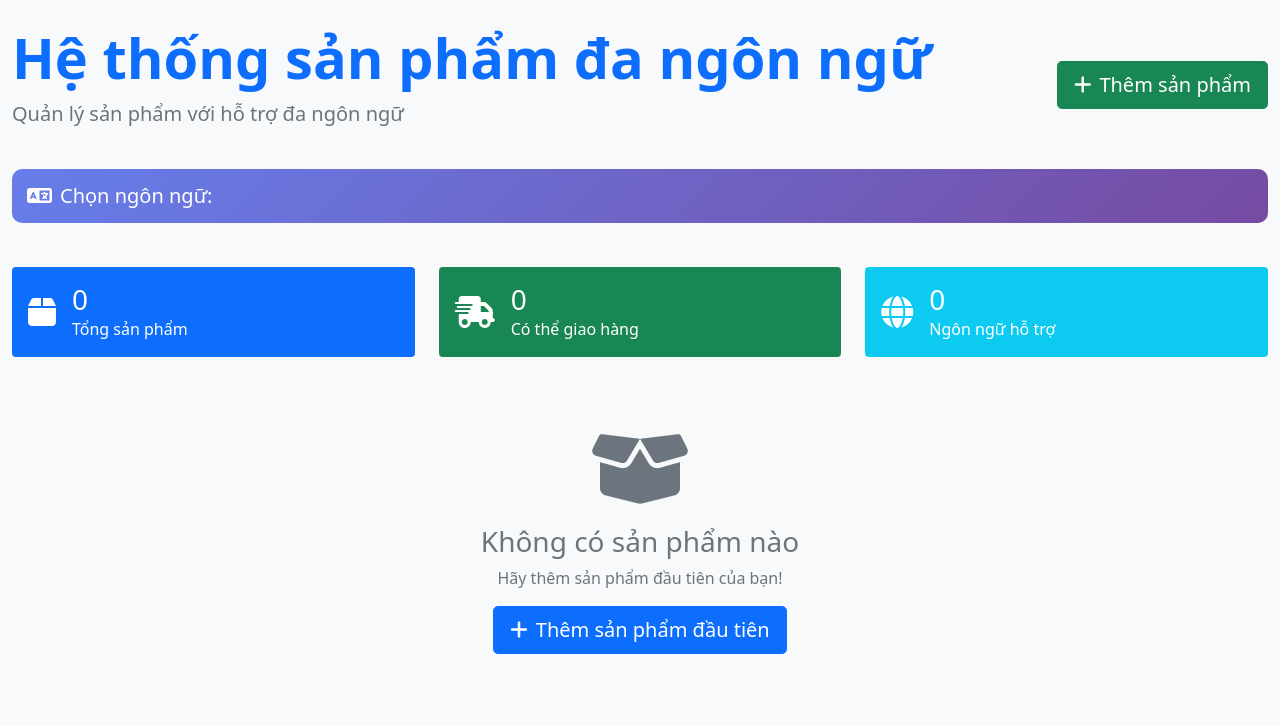
Repository: MaryPhuong11/JSP-Servlet
Page: http://localhost/JSP-Servlet/products
The author's editor kept a copy of each file at every save. The page is drawn from the files as they stood at one save, then again after the next save.
The browser window is 1280 px wide. The pictures show the whole page.
The page is served by Tomcat 9. Other server files are loaded and not shown. Queries for data that is not in the repository find no rows.

Above is the page before, as saved 2025-10-14 11:00:36.

### JSP-Servlet/src/main/webapp/WEB-INF/jsp/product-list.jsp
<%@ page contentType="text/html;charset=UTF-8" language="java" %>
<%@ taglib prefix="c" uri="http://java.sun.com/jsp/jstl/core" %>
<%@ taglib prefix="fmt" uri="http://java.sun.com/jsp/jstl/fmt" %>
<fmt:setLocale value="${sessionScope.appLocale}" />
<fmt:setBundle basename="i18n.messages" />
<!DOCTYPE html>
<html lang="vi">
<head>
    <meta charset="UTF-8">
    <meta name="viewport" content="width=device-width, initial-scale=1.0">
    <title>Danh sách sản phẩm - Multi-language Product System</title>
    <link href="https://cdn.jsdelivr.net/npm/bootstrap@5.1.3/dist/css/bootstrap.min.css" rel="stylesheet">
    <link href="https://cdnjs.cloudflare.com/ajax/libs/font-awesome/6.0.0/css/all.min.css" rel="stylesheet">
    <style>
        .language-selector {
            background: linear-gradient(135deg, #667eea 0%, #764ba2 100%);
            border-radius: 10px;
            padding: 15px;
            margin-bottom: 20px;
        }
        .card-product {
            transition: transform 0.3s ease;
            border-radius: 15px;
            box-shadow: 0 4px 6px rgba(0,0,0,0.1);
        }
        .card-product:hover {
            transform: translateY(-5px);
            box-shadow: 0 8px 25px rgba(0,0,0,0.15);
        }
        .price-tag {
            background: linear-gradient(45deg, #ff6b6b, #ee5a24);
            color: white;
            padding: 8px 15px;
            border-radius: 25px;
            font-weight: bold;
        }
        .category-badge {
            background: linear-gradient(45deg, #4834d4, #686de0);
            color: white;
            padding: 5px 12px;
            border-radius: 15px;
            font-size: 0.85em;
        }
        .shipping-status {
            padding: 3px 8px;
            border-radius: 10px;
            font-size: 0.8em;
        }
        .can-ship {
            background-color: #d4edda;
            color: #155724;
        }
        .no-ship {
            background-color: #f8d7da;
            color: #721c24;
        }
    </style>
</head>
<body class="bg-light">
    <div class="container-fluid py-4">
        <!-- Header -->
        <div class="row mb-4">
            <div class="col-12">
                <div class="d-flex justify-content-between align-items-center">
                    <div>
                        <h1 class="display-4 fw-bold text-primary">
                        <ahref="/JSP-Servlet/products></a>
                            <i></i><fmt:message key="product.list.title"/>
                        </h1>
                        <p class="lead text-muted"><fmt:message key="product.list.subtitle"/></p>
                    </div>
                    <div>
                        <a href="products?action=add" class="btn btn-success btn-lg">
                            <i class="fas fa-plus me-2"></i><fmt:message key="product.add"/>
                        </a>
                    </div>
                </div>
            </div>
        </div>

        <!-- Language Selector -->
        <div class="row mb-4">
            <div class="col-12">
                <div class="language-selector">
                    <div class="d-flex align-items-center">
                        <h5 class="text-white mb-0 me-3">
                            <i class="fas fa-language me-2"></i><fmt:message key="language.select"/>
                        </h5>
                        <div class="btn-group" role="group">
                            <c:forEach var="lang" items="${languages}">
                                <a href="products?lang=${lang.languageId}"
                                   class="btn ${currentLang == lang.languageId ? 'btn-light' : 'btn-outline-light'} btn-sm">
                                    ${lang.language}
                                </a>
                            </c:forEach>
                        </div>
                    </div>
                </div>
            </div>
        </div>

        <!-- Statistics -->
        <div class="row mb-4">
            <div class="col-md-4">
                <div class="card border-0 bg-primary text-white">
                    <div class="card-body">
                        <div class="d-flex align-items-center">
                            <i class="fas fa-box fa-2x me-3"></i>
                            <div>
                                <h3 class="mb-0">${products.size()}</h3>
                                <p class="mb-0"><fmt:message key="stats.totalProducts"/></p>
                            </div>
                        </div>
                    </div>
                </div>
            </div>
            <div class="col-md-4">
                <div class="card border-0 bg-success text-white">
                    <div class="card-body">
                        <div class="d-flex align-items-center">
                            <i class="fas fa-shipping-fast fa-2x me-3"></i>
                            <div>
                                <h3 class="mb-0">
                                    <c:set var="shippableCount" value="0"/>
                                    <c:forEach var="product" items="${products}">
                                        <c:if test="${product.productCategory.canBeShipped}">
                                            <c:set var="shippableCount" value="${shippableCount + 1}"/>
                                        </c:if>
                                    </c:forEach>
                                    ${shippableCount}
                                </h3>
                                <p class="mb-0"><fmt:message key="stats.shippable"/></p>
                            </div>
                        </div>
                    </div>
                </div>
            </div>
            <div class="col-md-4">
                <div class="card border-0 bg-info text-white">
                    <div class="card-body">
                        <div class="d-flex align-items-center">
                            <i class="fas fa-globe fa-2x me-3"></i>
                            <div>
                                <h3 class="mb-0">${languages.size()}</h3>
                                <p class="mb-0"><fmt:message key="stats.supportedLanguages"/></p>
                            </div>
                        </div>
                    </div>
                </div>
            </div>
        </div>

        <!-- Products Grid -->
        <div class="row">
            <c:forEach var="product" items="${products}">
                <div class="col-lg-4 col-md-6 mb-4">
                    <div class="card card-product h-100 border-0">
                        <div class="card-header bg-transparent border-0 d-flex justify-content-between align-items-center">
                            <span class="category-badge">
                                <i class="fas fa-tag me-1"></i>
                                ${product.productCategory.categoryName}
                            </span>
                            <span class="shipping-status ${product.productCategory.canBeShipped ? 'can-ship' : 'no-ship'}">
                                <i class="fas fa-${product.productCategory.canBeShipped ? 'truck' : 'times'} me-1"></i>
                                ${product.productCategory.canBeShipped ? 'Có thể giao' : 'Không giao'}
                            </span>
                        </div>

                        <div class="card-body">
                            <h5 class="card-title fw-bold text-dark">
                                <i class="fas fa-cube me-2 text-primary"></i>
                                ${product.productName}
                            </h5>

                            <p class="card-text text-muted mb-3">
                                ${product.productDescription}
                            </p>

                            <div class="row text-center mb-3">
                                <div class="col-6">
                                    <div class="border-end">
                                        <h6 class="text-muted mb-1"><fmt:message key="product.id"/></h6>
                                        <span class="fw-bold">#${product.productId}</span>
                                    </div>
                                </div>
                                <div class="col-6">
                                        <h6 class="text-muted mb-1"><fmt:message key="weight"/></h6>
                                    <span class="fw-bold">
                                        <c:choose>
                                            <c:when test="${product.weight != null}">
                                                <fmt:formatNumber value="${product.weight}" pattern="#,##0.##"/> kg
                                            </c:when>
                                            <c:otherwise>N/A</c:otherwise>
                                        </c:choose>
                                    </span>
                                </div>
                            </div>

                            <div class="text-center mb-3">
                                <span class="price-tag">
                                    <i class="fas fa-dollar-sign me-1"></i>
                                    <fmt:formatNumber value="${product.price}" pattern="#,##0.00"/> <fmt:message key="price.label"/>
                                </span>
                            </div>
                        </div>

                        <div class="card-footer bg-transparent border-0">
                            <div class="d-grid gap-2 d-md-block text-center">
                                <a href="products?action=detail&id=${product.productId}&lang=${currentLang}"
                                   class="btn btn-primary btn-sm">
                                    <i class="fas fa-eye me-1"></i><fmt:message key="product.detail"/>
                                </a>
                                <a href="products?action=edit&id=${product.productId}"
                                   class="btn btn-warning btn-sm">
                                    <i class="fas fa-edit me-1"></i><fmt:message key="edit"/>
                                </a>
                                <button onclick="deleteProduct(${product.productId})"
                                        class="btn btn-danger btn-sm">
                                    <i class="fas fa-trash me-1"></i><fmt:message key="delete"/>
                                </button>
                            </div>
                        </div>
                    </div>
                </div>
            </c:forEach>
        </div>

        <c:if test="${empty products}">
            <div class="row">
                <div class="col-12 text-center py-5">
                    <i class="fas fa-box-open fa-5x text-muted mb-3"></i>
                    <h3 class="text-muted"><fmt:message key="noProducts.title"/></h3>
                    <p class="text-muted"><fmt:message key="noProducts.subtitle"/></p>
                    <a href="products?action=add" class="btn btn-primary btn-lg">
                        <i class="fas fa-plus me-2"></i><fmt:message key="addFirstProduct"/>
                    </a>
                </div>
            </div>
        </c:if>
    </div>

    <!-- Bootstrap JS -->
    <script src="https://cdn.jsdelivr.net/npm/bootstrap@5.1.3/dist/js/bootstrap.bundle.min.js"></script>

    <script>
        function deleteProduct(productId) {
            if (confirm('Bạn có chắc chắn muốn xóa sản phẩm này?')) {
                var form = document.createElement('form');
                form.method = 'POST';
                form.action = 'products';

                var actionInput = document.createElement('input');
                actionInput.type = 'hidden';
                actionInput.name = 'action';
                actionInput.value = 'delete';

                var idInput = document.createElement('input');
                idInput.type = 'hidden';
                idInput.name = 'id';
                idInput.value = productId;

                form.appendChild(actionInput);
                form.appendChild(idInput);
                document.body.appendChild(form);
                form.submit();
            }
        }
    </script>
</body>
</html>

### JSP-Servlet/src/main/java/com/multilang/util/DatabaseConnection.java
package com.multilang.util;

import java.sql.Connection;
import java.sql.DriverManager;
import java.sql.SQLException;

public class DatabaseConnection {
    private static final String URL = "jdbc:mysql://localhost:3306/multilang_product_db?useSSL=false&allowPublicKeyRetrieval=true&serverTimezone=UTC&useUnicode=true&characterEncoding=UTF-8&connectionCollation=utf8mb4_unicode_ci";
    private static final String USERNAME = "root";
    private static final String PASSWORD = "admin";
    private static final String DRIVER = "com.mysql.cj.jdbc.Driver";

    static {
        try {
            Class.forName(DRIVER);
        } catch (ClassNotFoundException e) {
            throw new RuntimeException("Failed to load MySQL JDBC driver", e);
        }
    }

    public static Connection getConnection() throws SQLException {
        return DriverManager.getConnection(URL, USERNAME, PASSWORD);
    }

    public static void closeConnection(Connection connection) {
        if (connection != null) {
            try {
                connection.close();
            } catch (SQLException e) {
                e.printStackTrace();
            }
        }
    }

    // Test connection method
    public static boolean testConnection() {
        try (Connection connection = getConnection()) {
            return connection != null && !connection.isClosed();
        } catch (SQLException e) {
            System.err.println("Database connection failed: " + e.getMessage());
            return false;
        }
    }
}

Loaded but not shown: JSP-Servlet/src/main/java/com/multilang/servlet/ProductServlet.java (362 lines, source omitted)

After the next save:
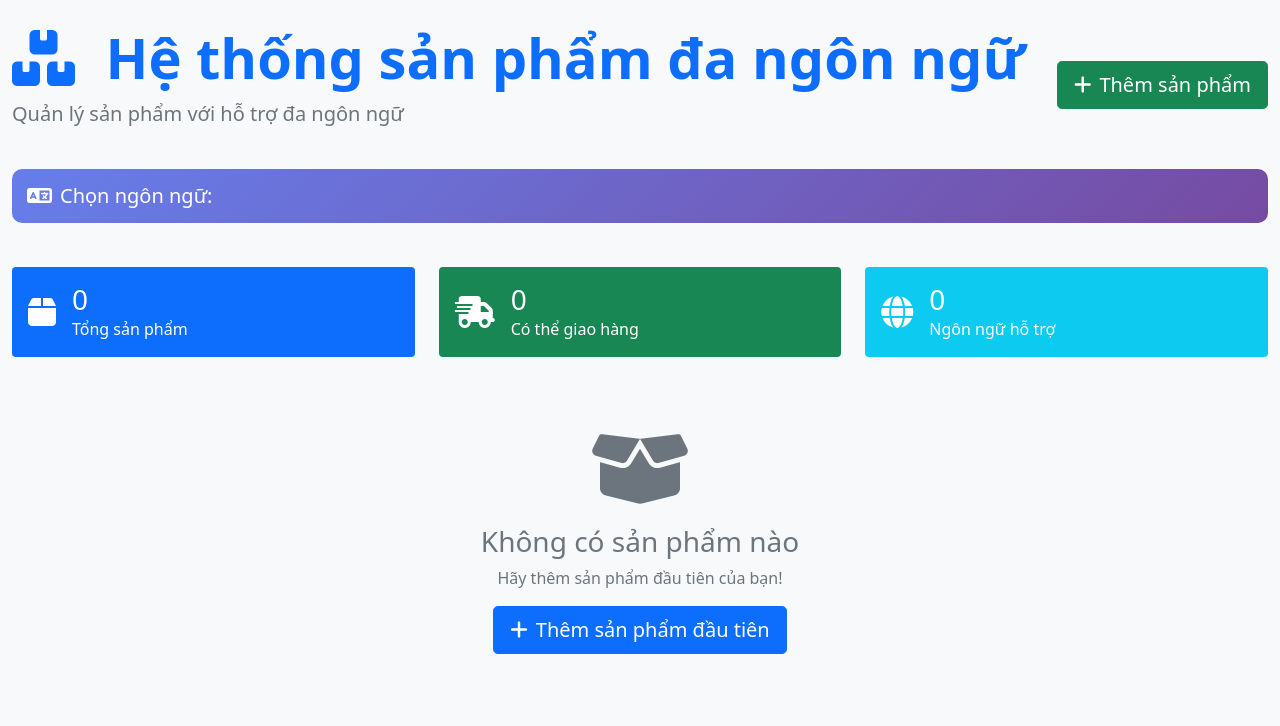
Saved 46 s later.
--- a/JSP-Servlet/src/main/webapp/WEB-INF/jsp/product-list.jsp
+++ b/JSP-Servlet/src/main/webapp/WEB-INF/jsp/product-list.jsp
@@ -64,7 +64,7 @@
                 <div class="d-flex justify-content-between align-items-center">
                     <div>
                         <h1 class="display-4 fw-bold text-primary">
-                        <ahref="/JSP-Servlet/products></a>
+<a href="/JSP-Servlet/products" class="fas fa-boxes me-3"></a>
                             <i></i><fmt:message key="product.list.title"/>
                         </h1>
                         <p class="lead text-muted"><fmt:message key="product.list.subtitle"/></p>
